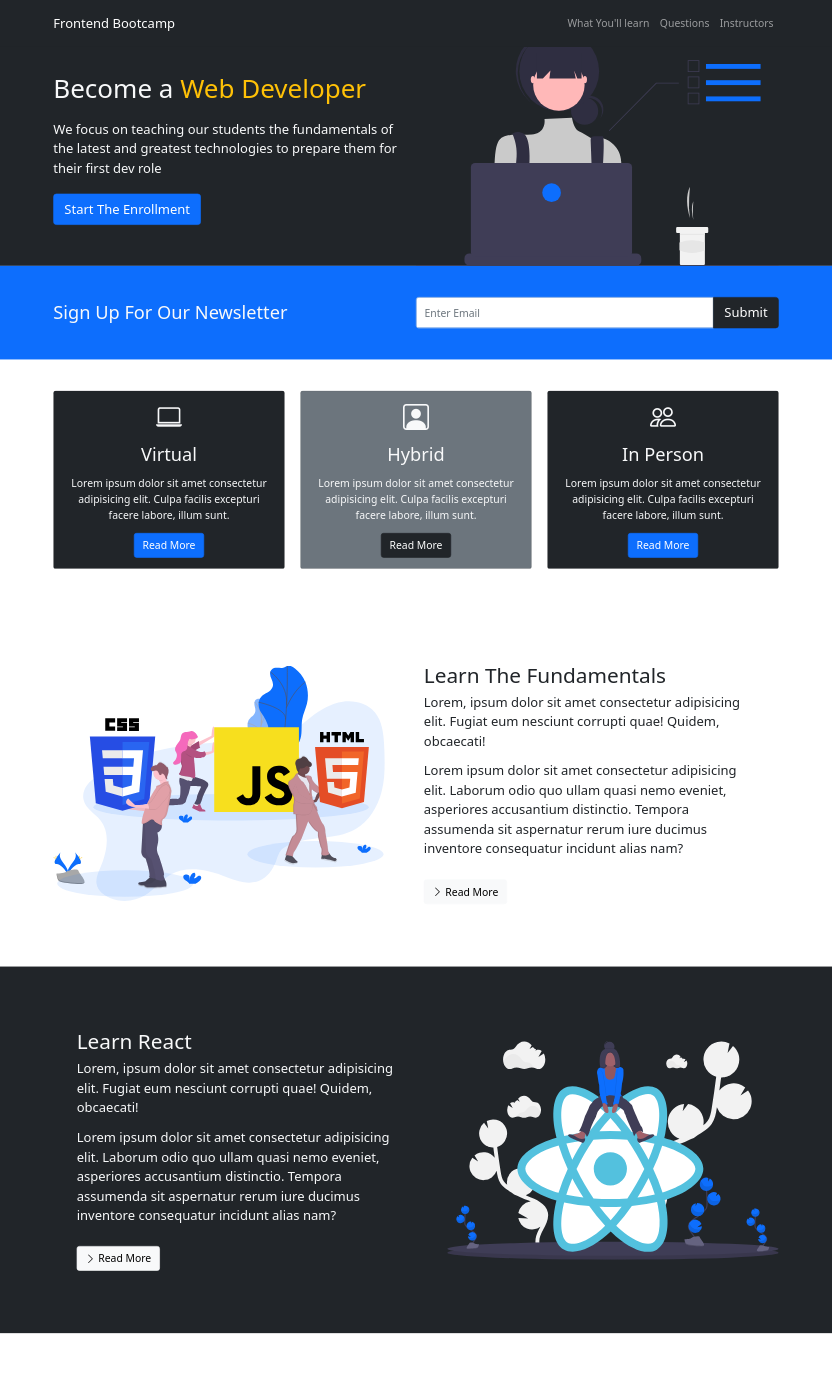
Repository: Marhamat92/Bootstrap5-Responsive-Website-
Page: index.html
These files come from the project's save history. The page is drawn as it stood at one moment and after the next save; the edit follows.
The browser window is 1280 px wide. The pictures show the whole page, at 65% of full size.
Some web libraries are served in a nearby version.

Above is the page before, as saved 2021-09-18 17:53:38.

After the next save:
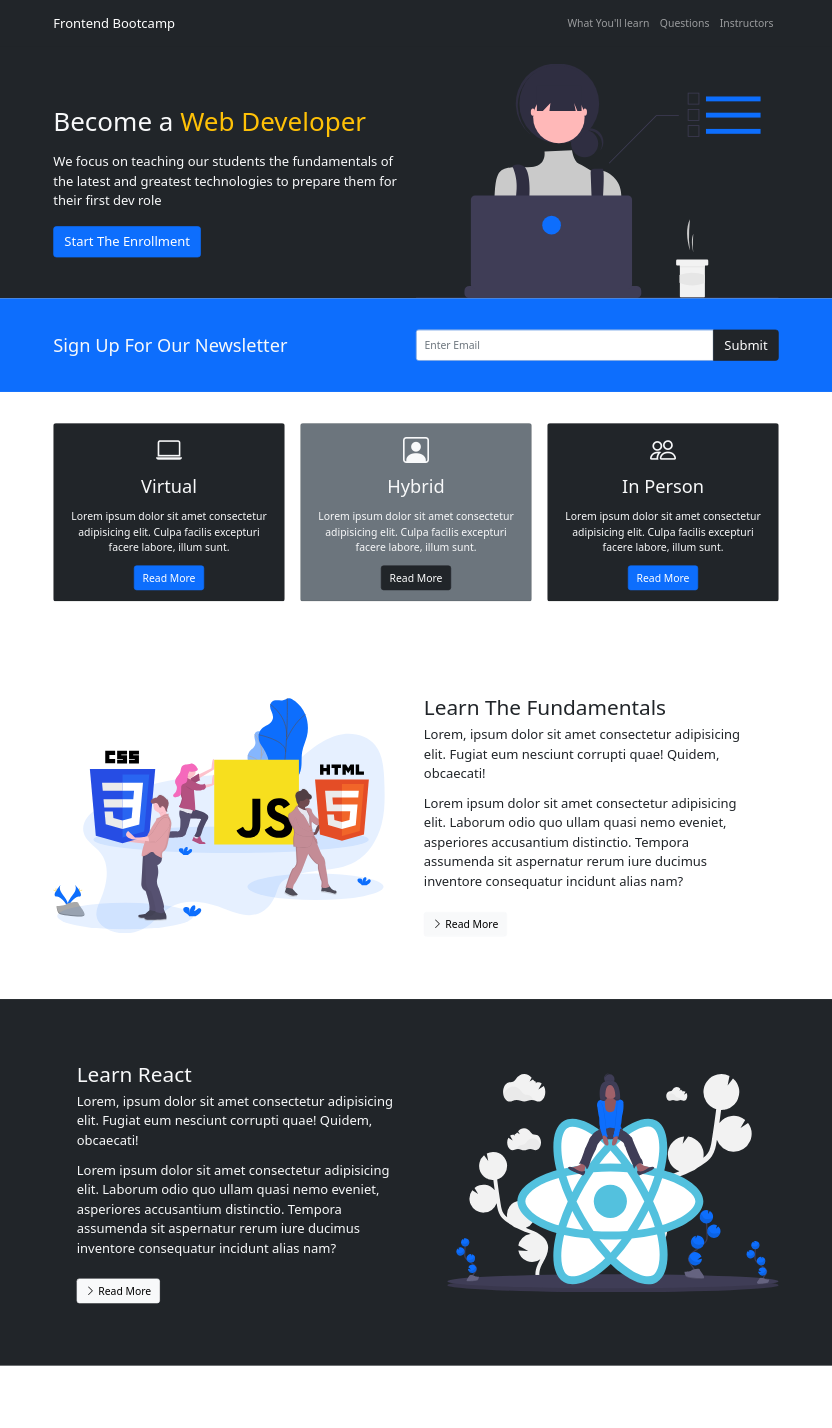
Saved 61 s later.
--- a/style.css
+++ b/style.css
@@ -3,3 +3,10 @@
         width:50%;
     }
 }
+
+
+body::before{
+    display: block;
+    content:'';
+    height: 50px;
+}
